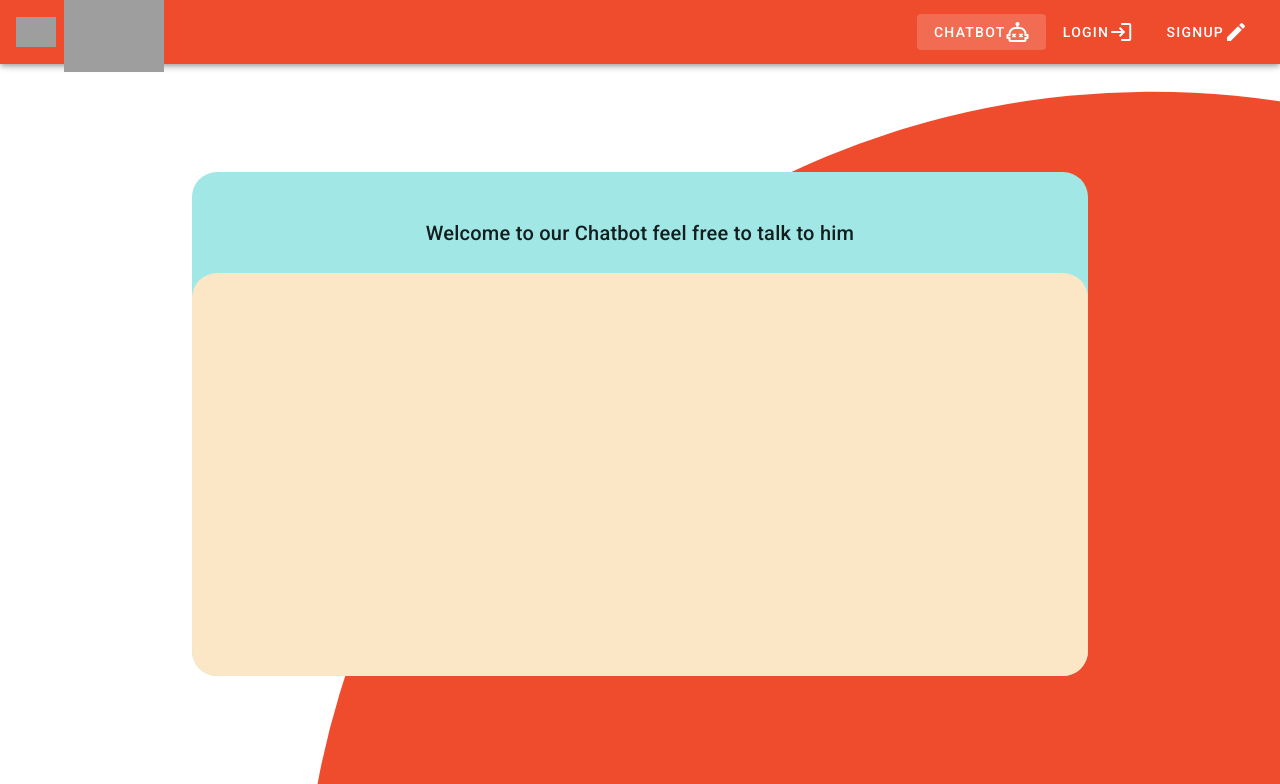
Repository: atout811/pyTorch-Hackathon
Page: /chatbot (app in frontend/)
An editor plug-in stored every save of this project. The page is shown before and after the next save, followed by the edit.
The browser window is 1280 px wide. The pictures show the whole page.
Pictures or frames that could not be fetched are drawn as grey boxes. The project was rebuilt for these pictures with package versions that can differ from the ones it lists, and the page was loaded fresh each time. Also part of the build but not shown: frontend/vue.config.js, frontend/src/views/Home.vue.

Above is the page before, as saved 2021-10-21 15:00:31.

After the next save:
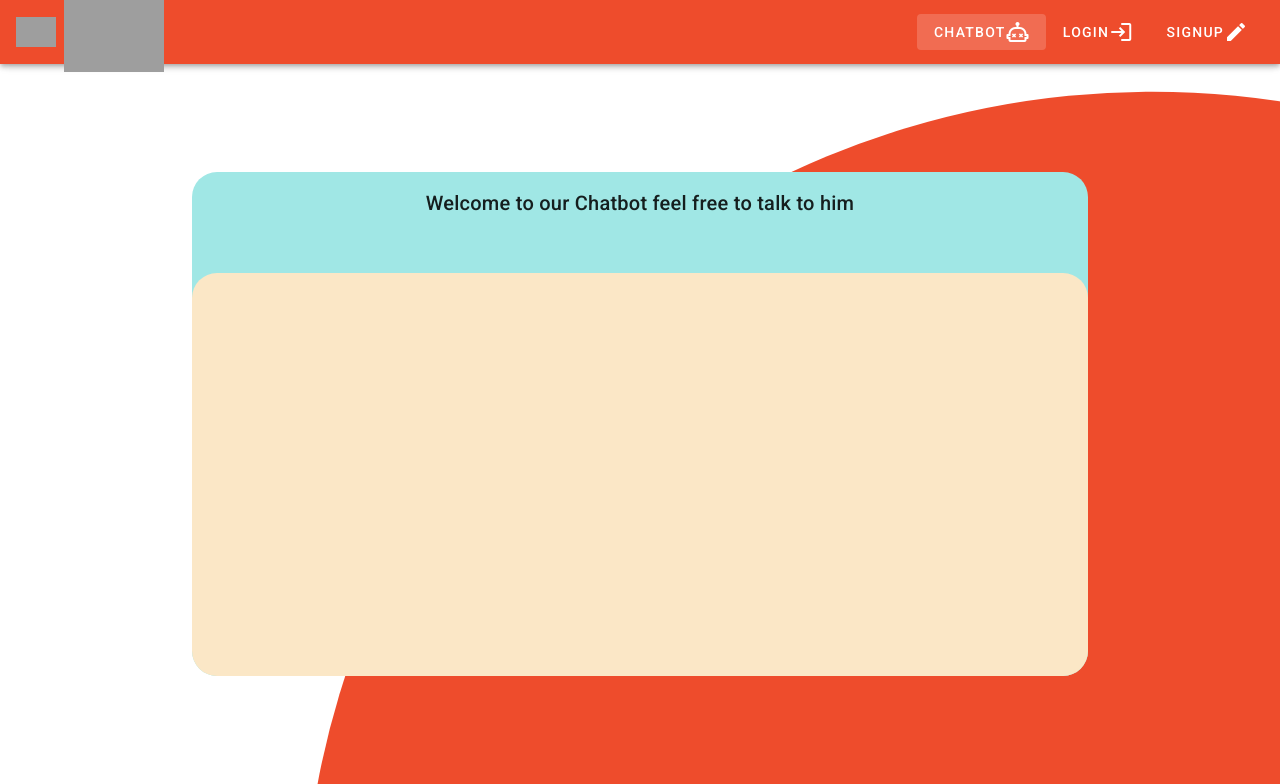
Saved 9 s later.
--- a/frontend/src/views/Chatbot.vue
+++ b/frontend/src/views/Chatbot.vue
@@ -39,7 +39,7 @@ export default {
 }
 .title {
   margin: 10px;
-  margin-top: 5%;
+  margin-top: 15px;
 }
 .chat-container {
   height: 80%;
